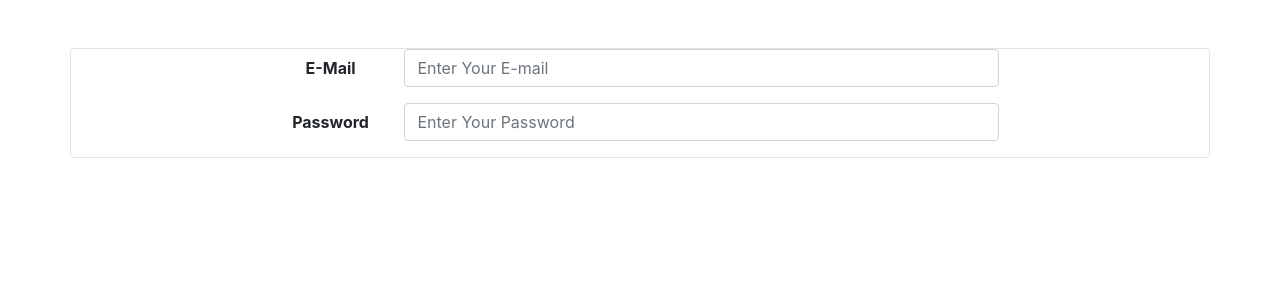
Repository: mariamkhaledsapra/E-Commerce-main
Page: /login
These files come from the project's save history. The page is drawn as it stood at one moment and after a run of saves; the edit follows.
The browser window is 1280 px wide. The pictures show the whole page.
The project was rebuilt for these pictures with package versions that can differ from the ones it lists, and the page was loaded fresh each time. Also part of the build but not shown: src/components/Navbar.jsx.

Above is the page before, as saved 2024-02-13 21:35:31.

After the next 3 saves:
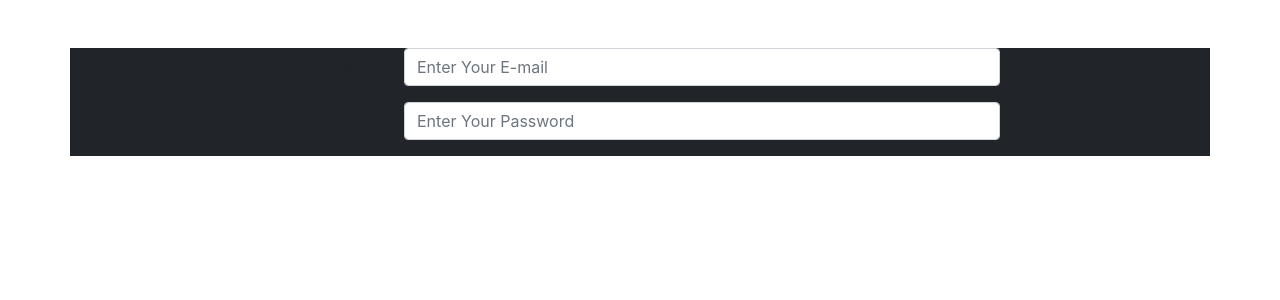
The 3 saves are shown as one change because they came seconds apart.
The last was saved 12 s later.
--- a/src/components/Login.jsx
+++ b/src/components/Login.jsx
@@ -2,7 +2,7 @@ import React from "react";
 
 const Login = () => {
   return (
-    <div className="container d-flex justify-content-center flex-wrap mt-5 border rounded">
+    <div className="container d-flex justify-content-center flex-wrap mt-5 bg-dark">
       {" "}
 
 
